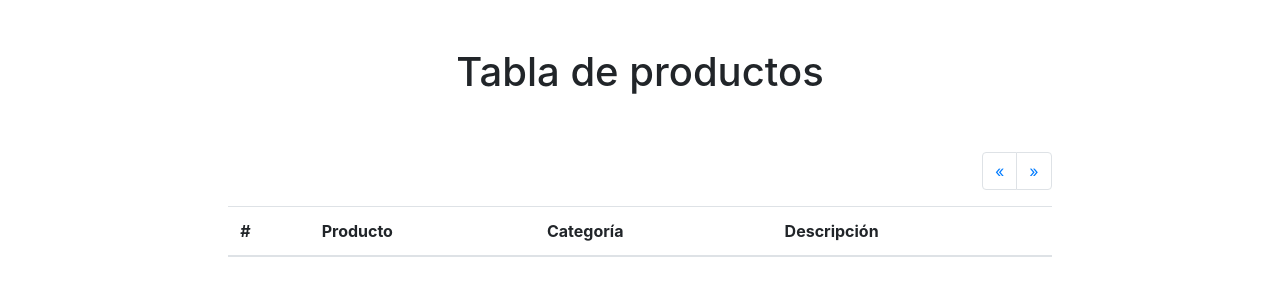
Repository: pedro-donoso/tabla-paginada
Page: index.html
An editor plug-in stored every save of this project. The page is shown before and after the next save, followed by the edit.
The browser window is 1280 px wide. The pictures show the whole page.
The page's requests for data from a server got no answer.

Above is the page before, as saved 2024-02-08 01:39:08.
Console error: TypeError: info.slice is not a function

### index.html
<!doctype html>
<html lang="es">

<head>
    <!-- Required meta tags -->
    <meta charset="utf-8">
    <meta name="viewport" content="width=device-width, initial-scale=1, shrink-to-fit=no">

    <!-- Bootstrap CSS -->
    <link rel="stylesheet" href="https://cdn.jsdelivr.net/npm/bootstrap@4.3.1/dist/css/bootstrap.min.css"
        integrity="sha384-ggOyR0iXCbMQv3Xipma34MD+dH/1fQ784/j6cY/iJTQUOhcWr7x9JvoRxT2MZw1T" crossorigin="anonymous">

    <title>Tabla paginada</title>
</head>

<body>
    <div class="container-fluid">
        <div class="row my-5">
            <div class="col text-center">
                <h1>Tabla de productos</h1>
            </div>
        </div>
        <div class="row">
            <div class="col-8 offset-2">
                <div class="d-flex justify-content-end">
                    <nav aria-label="Page navigation example">
                        <ul class="pagination">
                            <li class="page-item">
                                <button class="page-link" onclick="anteriorPagina()">
                                    <span aria-hidden="true">&laquo;</span>
                                </button>
                            </li>
                            <div id="items" class="d-flex"></div>
                            <li class="page-item">
                                <button class="page-link" onclick="siguientePagina()">
                                    <span aria-hidden="true">&raquo;</span>
                                </button>
                            </li>
                        </ul>
                    </nav>
                </div>

                <table class="table table-striped">
                    <thead>
                        <tr>
                            <th scope="col">#</th>
                            <th scope="col">Producto</th>
                            <th scope="col">Categoría</th>
                            <th scope="col">Descripción</th>
                        </tr>
                    </thead>
                    <tbody id="cuerpo-tabla">

                    </tbody>
                </table>
            </div>
        </div>
    </div>


    <!-- Optional JavaScript -->
    <!-- jQuery first, then Popper.js, then Bootstrap JS -->
    <script src="https://code.jquery.com/jquery-3.3.1.slim.min.js"
        integrity="sha384-q8i/X+965DzO0rT7abK41JStQIAqVgRVzpbzo5smXKp4YfRvH+8abtTE1Pi6jizo"
        crossorigin="anonymous"></script>
    <script src="https://cdn.jsdelivr.net/npm/popper.js@1.14.7/dist/umd/popper.min.js"
        integrity="sha384-UO2eT0CpHqdSJQ6hJty5KVphtPhzWj9WO1clHTMGa3JDZwrnQq4sF86dIHNDz0W1"
        crossorigin="anonymous"></script>
    <script src="https://cdn.jsdelivr.net/npm/bootstrap@4.3.1/dist/js/bootstrap.min.js"
        integrity="sha384-JjSmVgyd0p3pXB1rRibZUAYoIIy6OrQ6VrjIEaFf/nJGzIxFDsf4x0xIM+B07jRM"
        crossorigin="anonymous"></script>

    <script type="module" src="./js/app.js"></script>
</body>

</html>

### js/app.js
import { traerData } from "./api-fetch.js";

const info = await traerData();

console.log(info);

const cuerpoTabla = document.querySelector("#cuerpo-tabla");

// Variables para la paginación
let limite = 5;
let desde = 0;
let paginas = info.length / limite;
let paginaActiva = 1;

let arreglo = info.slice(desde, limite);

const cargarProductos = () => {
  cuerpoTabla.innerHTML = "";
  arreglo.map((producto) => {
    const filaTabla = document.createElement("tr");
    filaTabla.setAttribute("key", producto.id);

    // Creamos un elemento <img> para mostrar la imagen del producto
    const imagen = document.createElement("img");
    imagen.src = producto.image; // Suponiendo que la URL de la imagen se proporciona en la respuesta de tu API
    imagen.alt = producto.title; // Establecemos el atributo alt para accesibilidad
    imagen.width = "100"; // Establecemos el ancho de la imagen en 100 píxeles (puedes ajustar el valor según sea necesario)

    // Creamos celdas de tabla para el ID del producto, el título del producto y la imagen del producto
    const celdaId = `<th scope="row">${producto.id}</th>`;
    const celdaTitulo = `<td>${producto.title}</td>`;
    const celdaCategoria = `<td>${producto.category}</td>`;
    const celdaDescripcion = `<td>${producto.description}</td>`;
    const celdaImagen = document.createElement("td");
    celdaImagen.appendChild(imagen); // Agregamos el elemento <img> a la celda

    // Agregamos todas las celdas de la tabla a la fila de la tabla
    filaTabla.innerHTML = celdaId + celdaTitulo + celdaCategoria + celdaDescripcion;
    filaTabla.appendChild(celdaImagen);

    // Agregamos la fila de la tabla al cuerpo de la tabla
    cuerpoTabla.appendChild(filaTabla);
  });
  cargarItemPaginacion();
};


const cargarItemPaginacion = () => {
  document.querySelector("#items").innerHTML = "";

  for (let index = 0; index < paginas; index++) {
    const item = document.createElement("li");
    item.classList = `page-item ${paginaActiva==index+1 ?"active":'' }`;
    const enlace = `<button class="page-link" onclick="pasarPagina(${index})">${
      index + 1
    }</button>`;
    item.innerHTML = enlace;
    document.querySelector("#items").append(item);
  }
};

const modificarProductos =()=>{
    arreglo = info.slice(desde, limite * paginaActiva);
    cargarProductos();
}

window.pasarPagina = (pagina) => {
  paginaActiva = pagina + 1;
  desde = limite * pagina;

  if (desde <= info.length) {
    modificarProductos()
  }
};

window.siguientePagina = () => {
  if (paginaActiva < paginas) {
    desde += 5;
    paginaActiva++;
    modificarProductos();
  }
};

window.anteriorPagina = () => {
  if (desde > 0) {
    desde -= 5;
    paginaActiva--;
    modificarProductos();
  }
};

cargarProductos();

### js/api-fetch.js
const url = "https://fakestoreapi.com/products";

export const traerData = async () => {
  try {
    const resp = await fetch(url);
    const data = await resp.json();

    return data;
  } catch (error) {
    return error;
  }
};

After the next save:
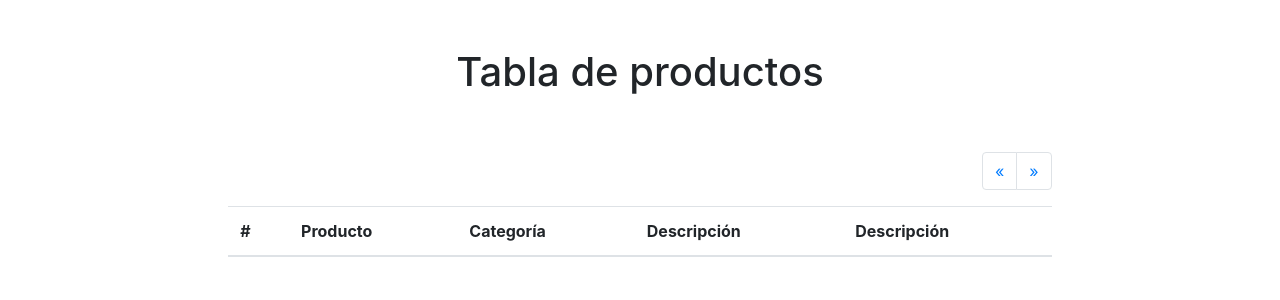
Saved 16 s later.
--- a/index.html
+++ b/index.html
@@ -47,6 +47,7 @@
                             <th scope="col">Producto</th>
                             <th scope="col">Categoría</th>
                             <th scope="col">Descripción</th>
+                            <th scope="col">Descripción</th>
                         </tr>
                     </thead>
                     <tbody id="cuerpo-tabla">
